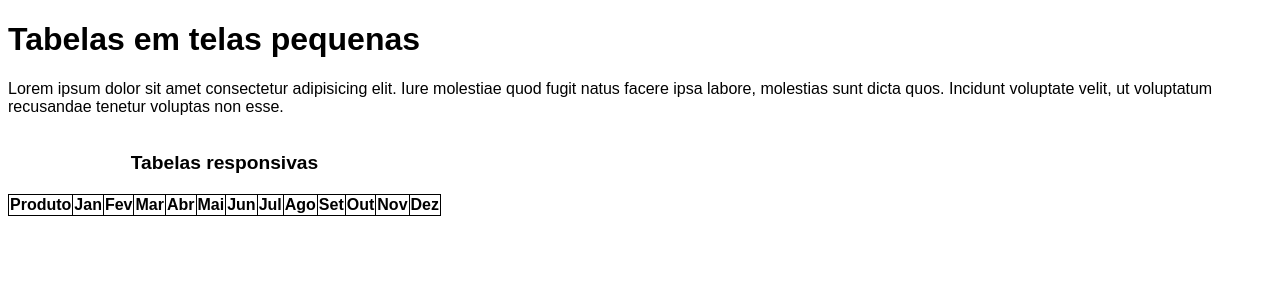
Repository: railsondev/html-css
Page: Módulo3/Exercicios/Ex02 - Tabelas/tabela005.html
An editor plug-in stored every save of this project. The page is shown before and after a run of saves, followed by the edit.
The browser window is 1280 px wide. The pictures show the whole page.

Above is the page before, as saved 2024-10-22 15:10:03.

### Módulo3/Exercicios/Ex02 - Tabelas/tabela005.html
<!DOCTYPE html>
<html lang="pt-br">
<head>
  <meta charset="UTF-8">
  <meta name="viewport" content="width=device-width, initial-scale=1.0">
  <title>Tabelas responsivas</title>
  <link rel="stylesheet" href="src/css/estilo05.css">
</head>
<body>
  <h1>Tabelas em telas pequenas</h1>
  <p>Lorem ipsum dolor sit amet consectetur adipisicing elit. Iure molestiae quod fugit natus facere ipsa labore, molestias sunt dicta quos. Incidunt voluptate velit, ut voluptatum recusandae tenetur voluptas non esse.</p>
  <table>
    <caption>Tabelas responsivas</caption>
    <thead>
      <tr>
        <th>Produto</th>
        <th>Jan</th>
        <th>Fev</th>
        <th>Mar</th>
        <th>Abr</th>
        <th>Mai</th>
        <th>Jun</th>
        <th>Jul</th>
        <th>Ago</th>
        <th>Set</th>
        <th>Out</th>
        <th>Nov</th>
        <th>Dez</th>
      </tr>
    </thead>
  </table>
</body>
</html>

### Módulo3/Exercicios/Ex02 - Tabelas/src/css/estilo05.css
@charset 'UTF-8';

body {
  font-family: Arial, Helvetica, sans-serif;
}

table {
  border-collapse: collapse;
}

caption {
  font-size: 1.2em;
  font-weight: bolder;
  padding: 20px;
}

th, td {
  border: 1px solid black;
}

tr:nth-child(even) {
  background-color: rgb(228, 228, 228);
}

After the next 2 saves:
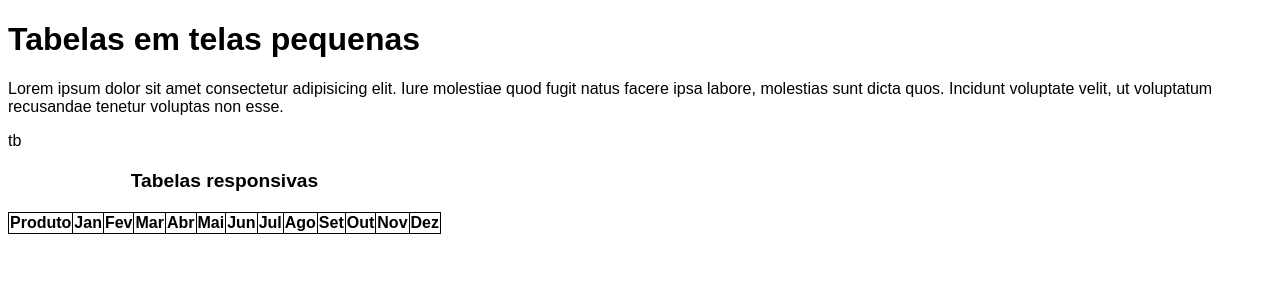
The 2 saves are shown as one change because they came seconds apart.
The last was saved 11 s later.
--- a/Módulo3/Exercicios/Ex02 - Tabelas/tabela005.html
+++ b/Módulo3/Exercicios/Ex02 - Tabelas/tabela005.html
@@ -28,6 +28,7 @@
         <th>Dez</th>
       </tr>
     </thead>
+    tb
   </table>
 </body>
 </html>

After the save that followed:
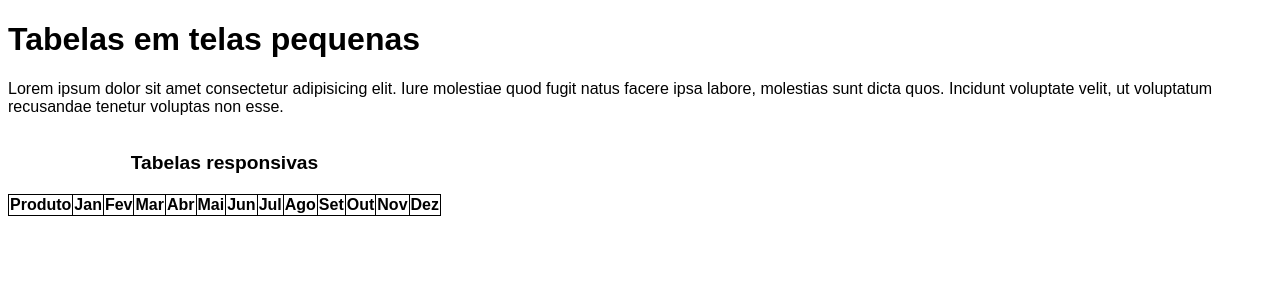
Saved 5 s later.
--- a/Módulo3/Exercicios/Ex02 - Tabelas/tabela005.html
+++ b/Módulo3/Exercicios/Ex02 - Tabelas/tabela005.html
@@ -28,7 +28,9 @@
         <th>Dez</th>
       </tr>
     </thead>
-    tb
+    <tbody>
+
+    </tbody>
   </table>
 </body>
 </html>
